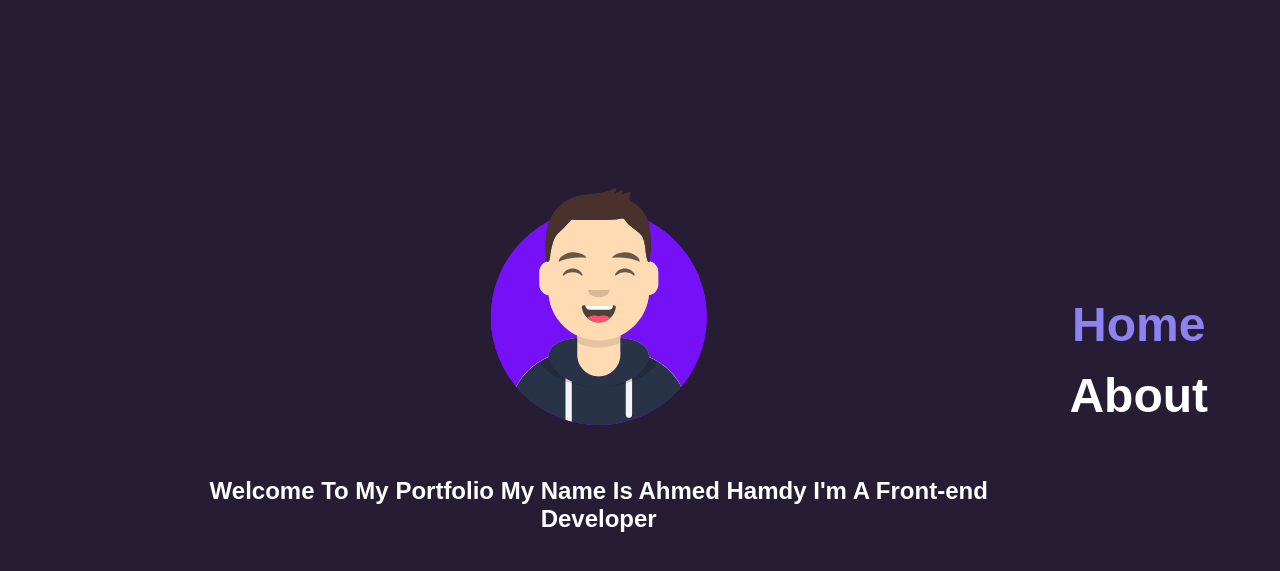
Repository: ahamdy997/portfolio
Page: /
An editor plug-in stored every save of this project. The page is shown before and after the next save, followed by the edit.
The browser window is 1280 px wide. The pictures show the whole page.
The project was rebuilt for these pictures with package versions that can differ from the ones it lists, and the page was loaded fresh each time. Also part of the build but not shown: vue.config.js.

Above is the page before, as saved 2023-11-05 23:50:49.

After the next save:
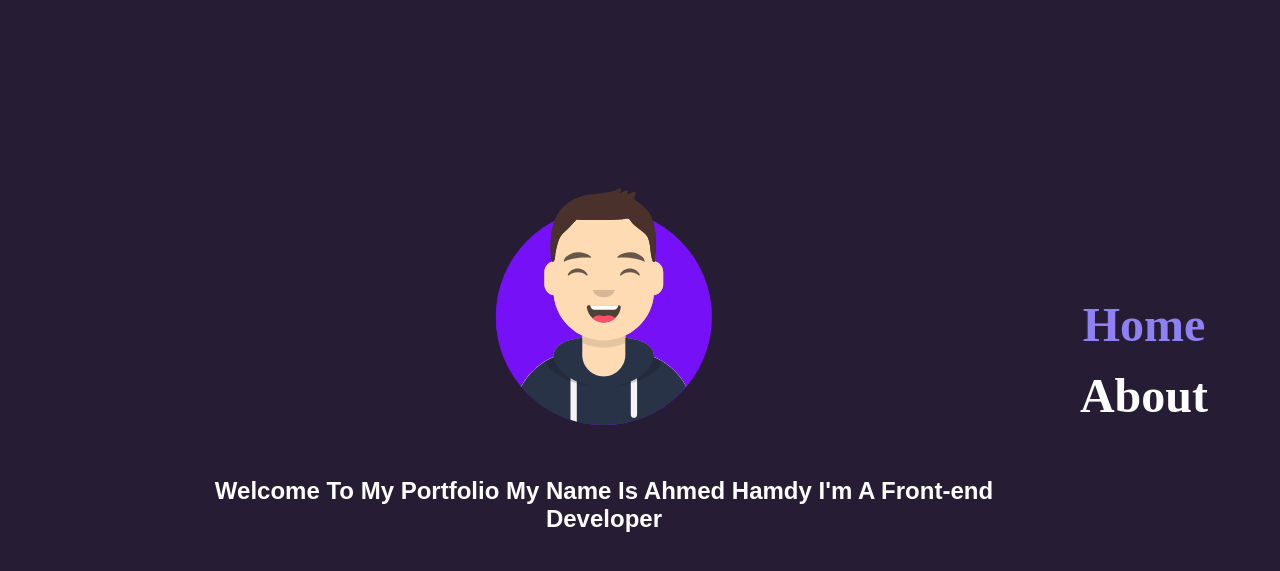
Saved 27 s later.
--- a/src/App.vue
+++ b/src/App.vue
@@ -53,6 +53,7 @@ nav a {
   color: #fff;
   text-decoration: none;
   font-size: 3rem;
+  font-family: serif;
 }
 a:hover {
   color: rgba(137, 147, 200, 0.7);
